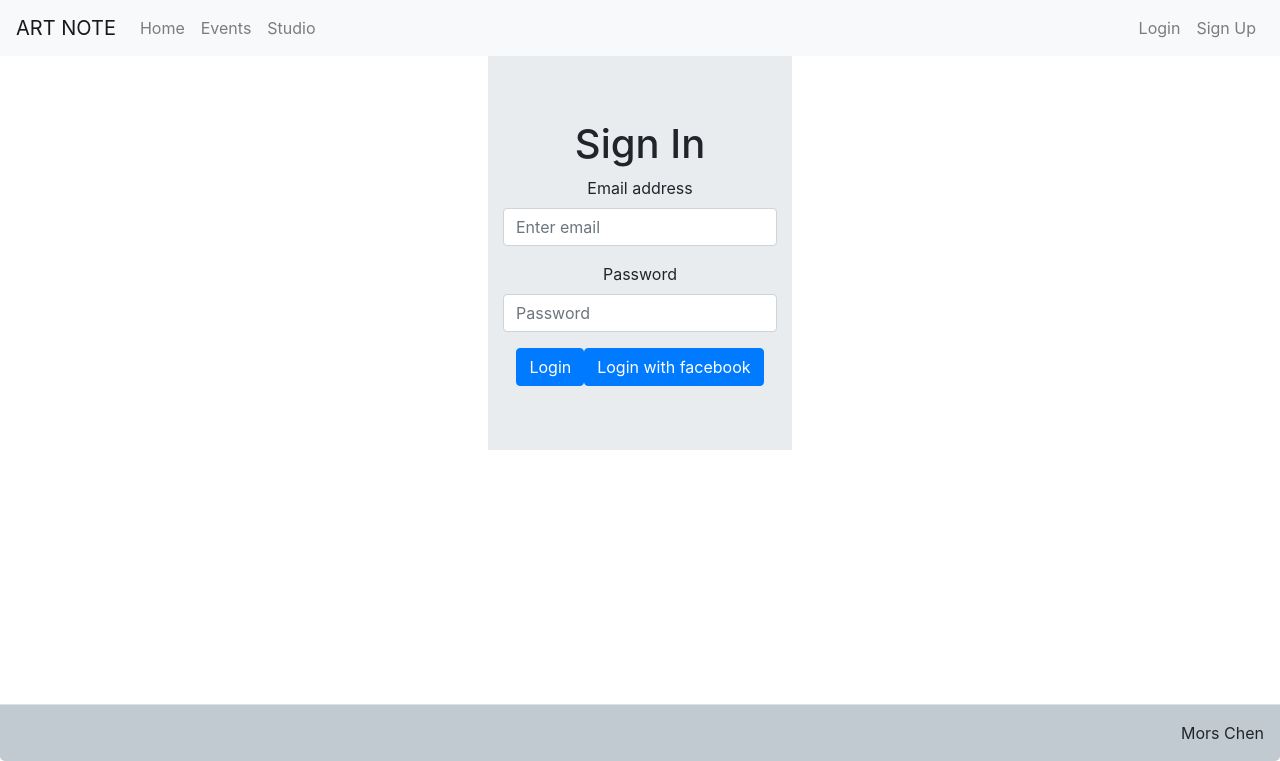
Repository: MorsChen/Final-Client
Page: /login (app in client-app/)
These files come from the project's save history. The page is drawn as it stood at one moment and after the next save; the edit follows.
The browser window is 1280 px wide. The pictures show the whole page.
The page's requests for data from a server got no answer. The project was rebuilt for these pictures with package versions that can differ from the ones it lists, and the page was loaded fresh each time. No one was signed in, and anything a server would have sent is missing. Also part of the build but not shown: client-app/src/page/Home.js, client-app/src/page/SignUp.js, client-app/src/page/Profile.js.

Above is the page before, as saved 2019-10-01 14:36:40.

After the next save:
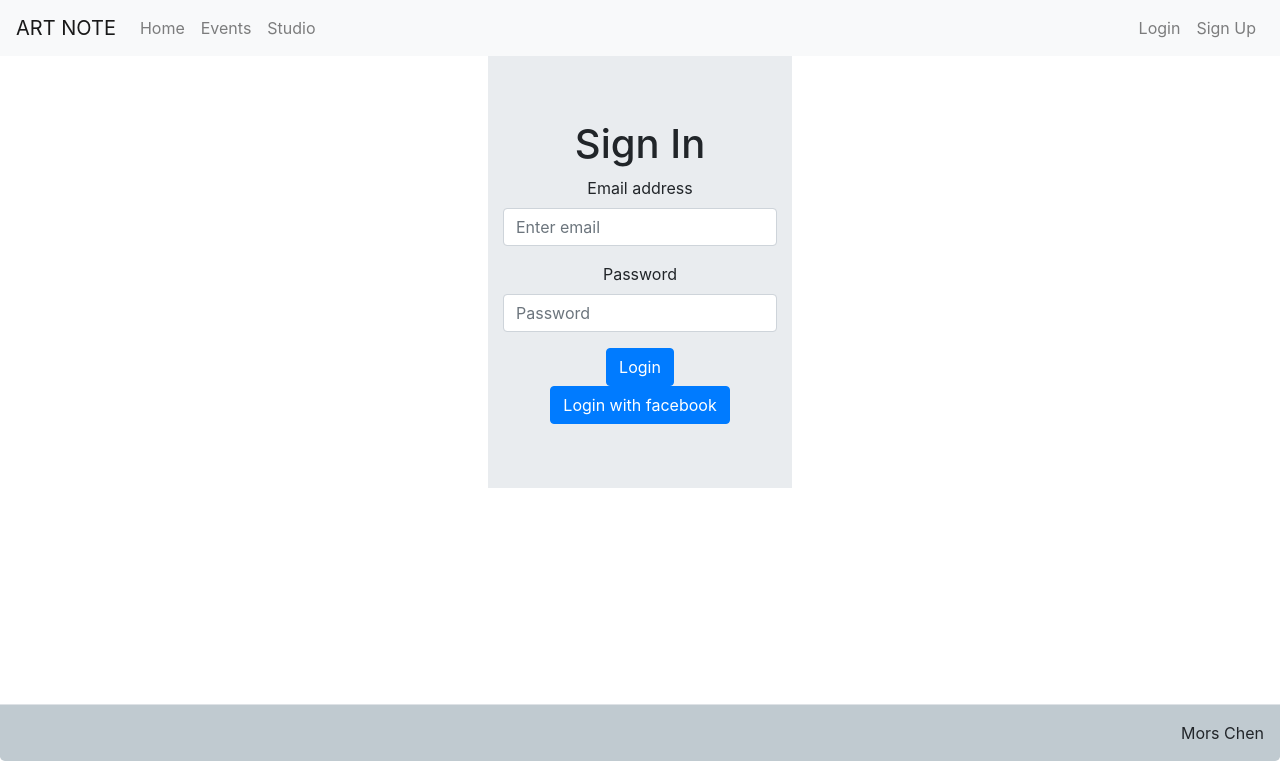
Saved 11 s later.
--- a/client-app/src/page/Login.js
+++ b/client-app/src/page/Login.js
@@ -106,7 +106,7 @@ export default class Login extends Component {
                     className="btn btn-primary"
                     >
                     Login
-                    </button>
+                    </button><br/>
                     <button
                     type="submit"
                     className="btn btn-primary"
